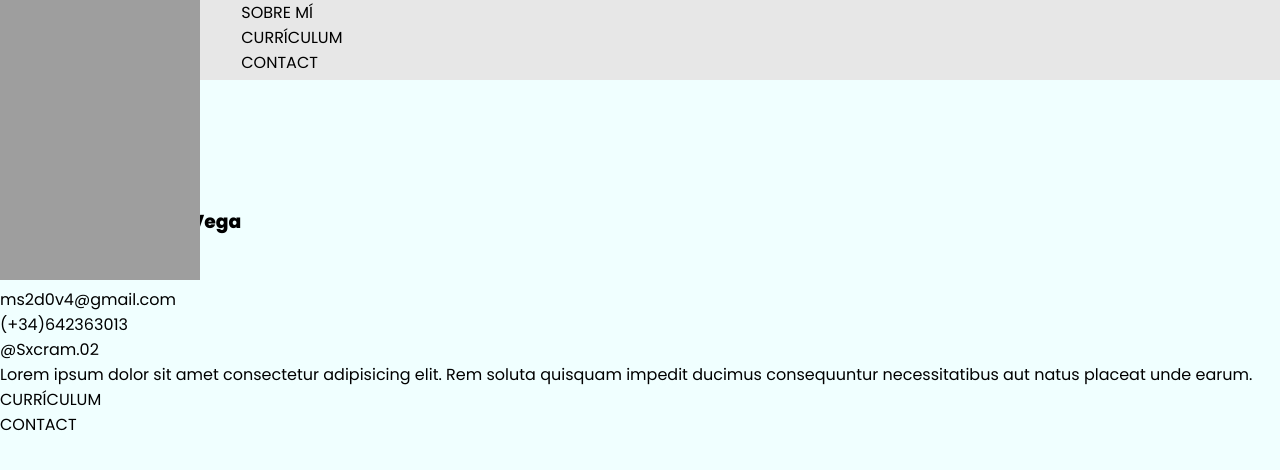
Repository: Sxcram02/Portfoliov.2
Page: index.html
These files come from the project's save history. The page is drawn as it stood at one moment and after a run of saves; the edit follows.
The browser window is 1280 px wide. The pictures show the whole page.
Pictures or frames that could not be fetched are drawn as grey boxes.

Above is the page before, as saved 2023-04-10 23:45:34.

After the next 2 saves:
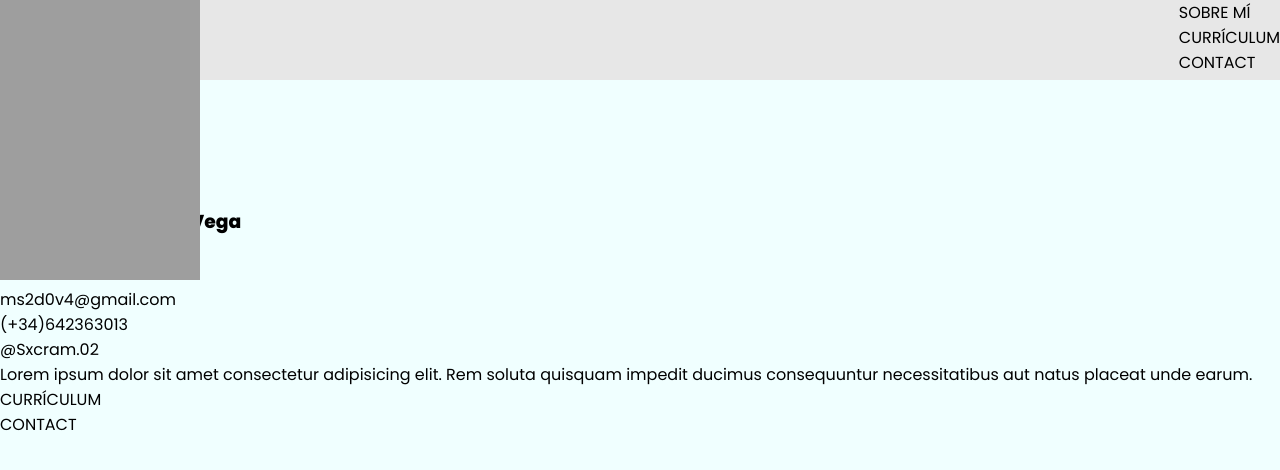
The 2 saves are shown as one change because they came seconds apart.
The last was saved 10 s later.
--- a/css/style.css
+++ b/css/style.css
@@ -19,5 +19,6 @@ header {
     height: 5em;
     background-color: rgb(231, 231, 231);
     display: flex;
-    justify-content: ;
+    align-items: start;
+    justify-content: space-between;
 }
